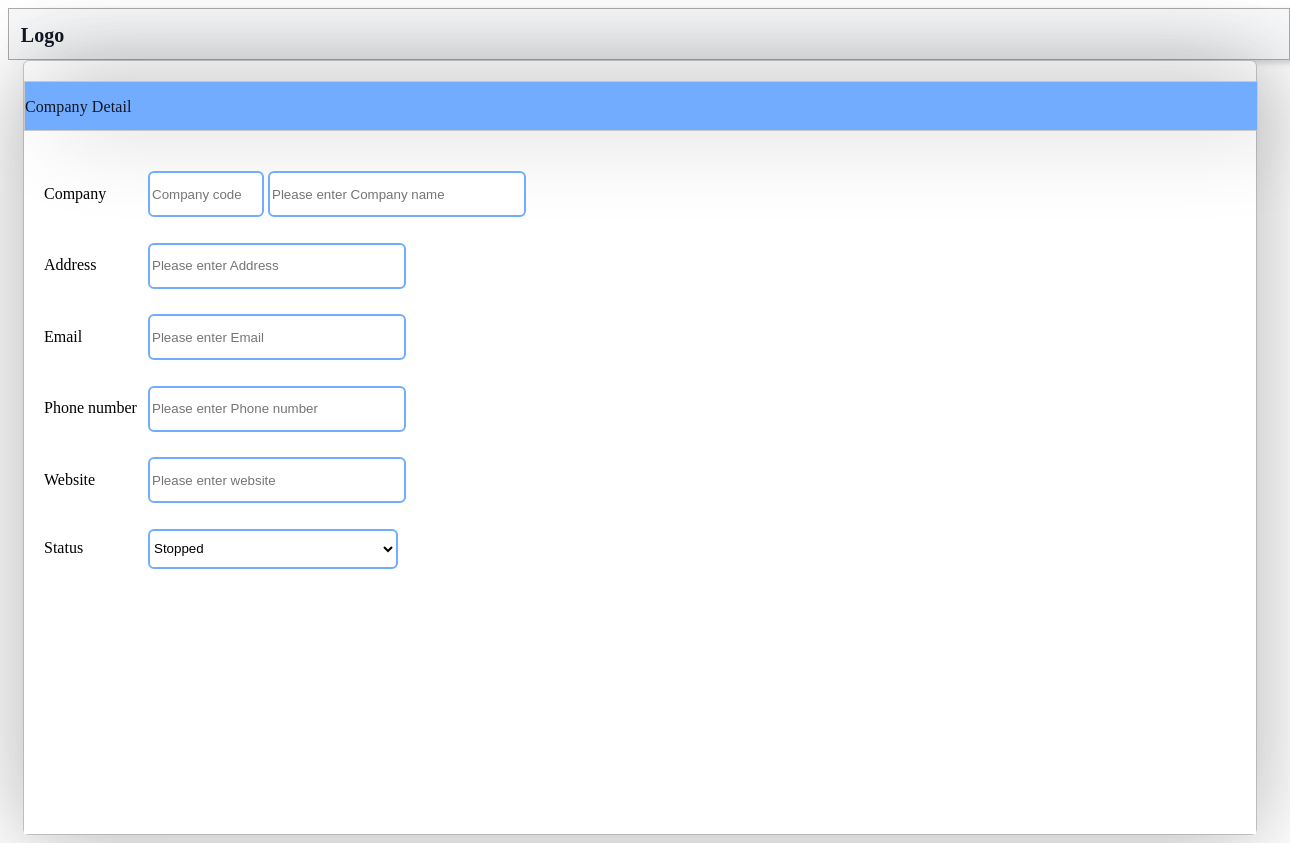
Repository: Zain1409/company
Page: client/html/CompanyDetail.html
The author's editor kept a copy of each file at every save. The page is drawn from the files as they stood at one save, then again after the next save.
The browser window is 1280 px wide. The page is 1290 px wide, so the pictures cover 1290 px, including what lies to the right of the window. The pictures show the whole page.

Above is the page before, as saved 2021-04-04 21:29:26.

After the next save:
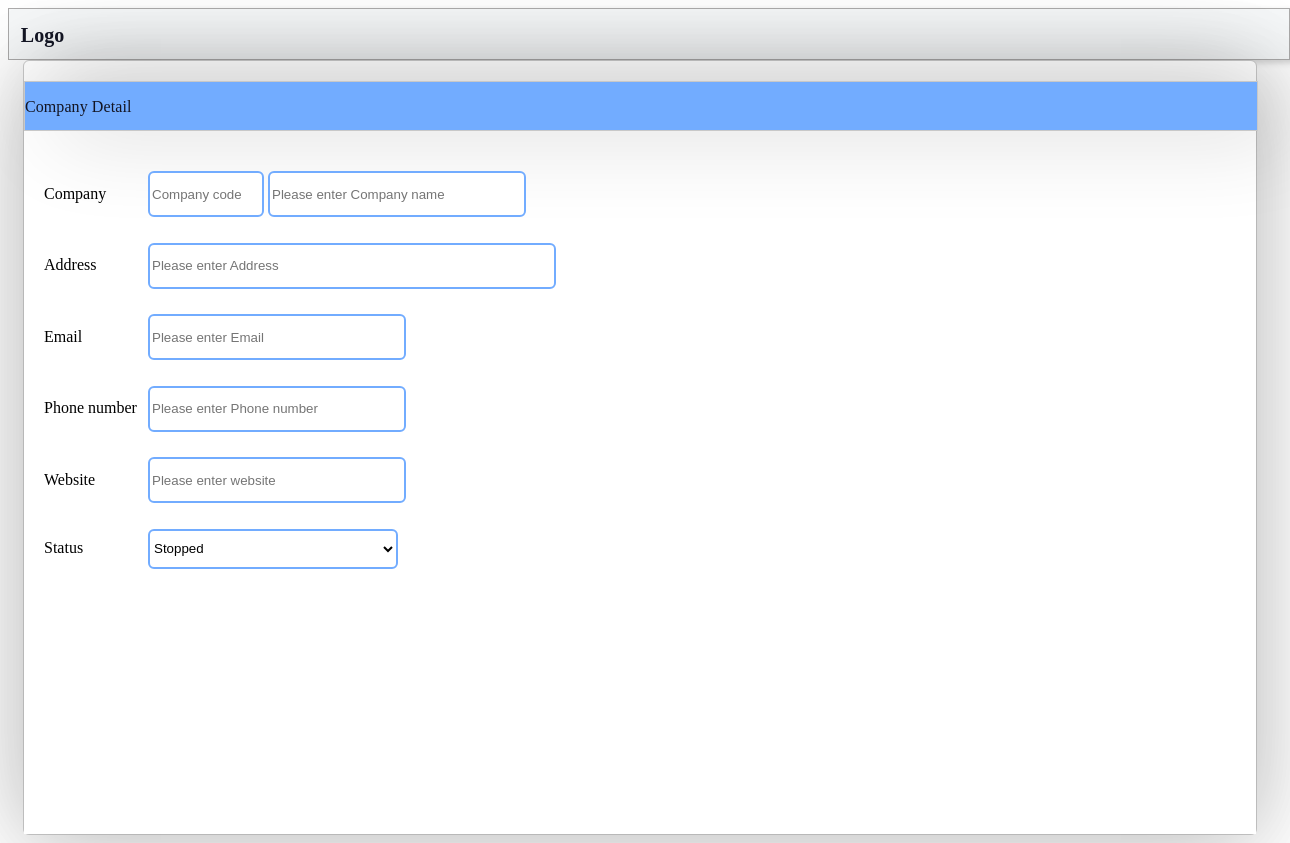
Saved 38 s later.
--- a/client/html/CompanyDetail.html
+++ b/client/html/CompanyDetail.html
@@ -20,7 +20,8 @@
                 <label id="properties">Company</label> <input id="code" type="text" placeholder="Company code" style="width: 108px;"> <input id="name" type="text" placeholder="Please enter Company name">
                 <br>
                 <br>
-                <label id="properties">Address</label> <input id="address" type="text" placeholder="Please enter Address" >
+                <label id="properties">Address</label> <input id="address" type="text" placeholder="Please enter Address" style="width: 400px;
+                height: 40px;">
                 <br>
                 <br>
                 <label id="properties">Email</label> <input id="email" type="text" placeholder="Please enter Email" >
